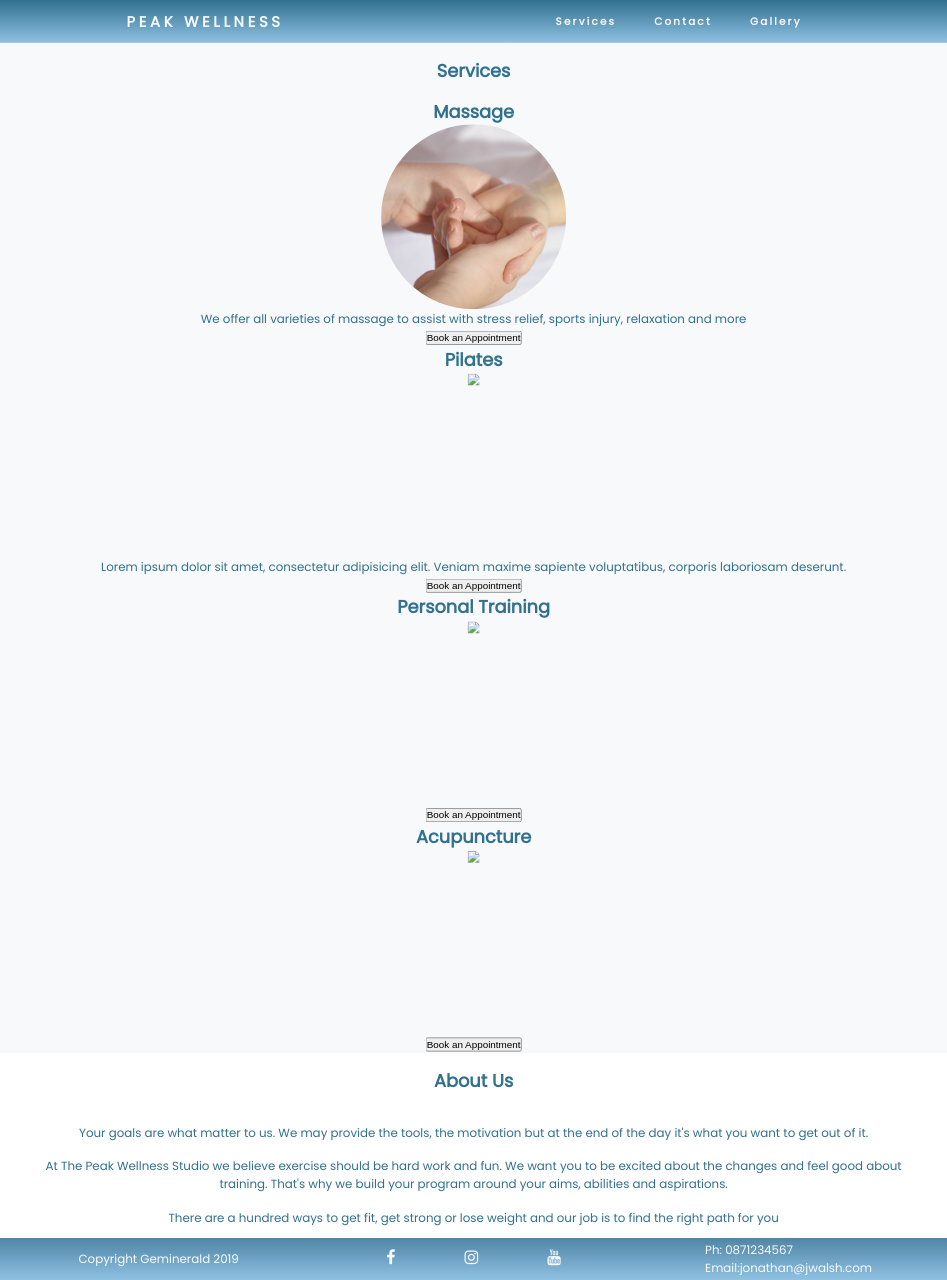
Repository: geminerald/peakwellness
Page: services.html
The author's editor kept a record of every edit. The page is drawn from the files as they stood at one moment, then again after the next edit.
The browser window is 1280 px wide. The pictures show the whole page, at 74% of full size.

Above is the page before.

### services.html
<!DOCTYPE html>
<html lang="en">

<head>
    <meta charset="UTF-8">
    <meta name="viewport" content="width=device-width, initial-scale=1.0, maximum-scale=1.0, user-scalable=0">
    <meta http-equiv="X-UA-Compatible" content="ie=edge">
    <link rel="stylesheet" href="assets/style.css" type="text/css" />
    <link href="https://fonts.googleapis.com/css?family=Poppins&display=swap" rel="stylesheet">
    <title>Peak Wellness</title>
    <link rel="icon" href="./images/peak-icon.png">
    <link rel="stylesheet" href="https://stackpath.bootstrapcdn.com/font-awesome/4.7.0/css/font-awesome.min.css" type="text/css" />

</head>

<body>
    <nav>
        <div class="logo">
            <h4><a href="index.html">Peak Wellness</h4></a>
        </div>
        <ul class="nav-links">
            <li>
                <a href="services.html">Services</a>
            </li>
            <li>
                <a href="contact.html">Contact</a>
            </li>
            <li>
                <a href="gallery.html">Gallery</a>
            </li>

        </ul>
        <div class="burger">
            <div class="line1"></div>
            <div class="line2"></div>
            <div class="line3"></div>
        </div>
    </nav>
    <section>
        <div class="service-container">
            <div class="services">
                <h1>Services</h1>
                <div class="service">
                    <figure class="front">
                        <h2>Massage</h2>
                        <div class="image-cropper"><img src="./images/massage.jpg"></div>
                    </figure>
                    <figure class="back">
                        <p>We offer all varieties of massage to assist with stress relief, sports injury, relaxation and more</p>
                        <button href="contact.html">Book an Appointment</button>
                    </figure>
                </div>
                <div class="service">
                    <figure class="front">
                        <h2>Pilates</h2>
                        <div class="image-cropper"><img src="#"></div>
                    </figure>
                    <figure class="back">
                        <p>Lorem ipsum dolor sit amet, consectetur adipisicing elit. Veniam maxime sapiente voluptatibus, corporis laboriosam deserunt.</p> <button href="contact.html">Book an Appointment</button></figure>
                </div>
                <div class="service">
                    <figure class="front">
                        <h2>Personal Training</h2>
                        <div class="image-cropper"><img src="#"></div>
                    </figure>
                    <figure class="back">
                        <p></p> <button href="contact.html">Book an Appointment</button></figure>
                </div>
                <div class="service">
                    <figure class="front">
                        <h2>Acupuncture</h2>
                        <div class="image-cropper"><img src="#"></div>
                    </figure>
                    <figure class="back">
                        <p></p> <button href="contact.html">Book an Appointment</button></figure>
                </div>
            </div>
            <div class="about">
                <h1>About Us</h1>
                <p>
                    Your goals are what matter to us. We may provide the tools, the motivation but at the end of the day it's what you want to get out of it.
                </p>
                <p>
                    At The Peak Wellness Studio we believe exercise should be hard work and fun. We want you to be excited about the changes and feel good about training. That's why we build your program around your aims, abilities and aspirations.
                </p>
                <p>
                    There are a hundred ways to get fit, get strong or lose weight and our job is to find the right path for you
                </p>
            </div>

        </div>
    </section>
    <footer>
        <div class="f-item">
            <a class="show-mobile" target="_blank" href="https://github.com/geminerald"><i class="fa fa-copyright"></i> </a>
            <p class="hidden-mobile">Copyright <a target="_blank" href="https://github.com/geminerald"> Geminerald </a> 2019</p>
        </div>
        <div class="f-item">
            <ul class="social-links">
                <li><a target="_blank" href="https://www.facebook.com/PeakWellnessstudio/"><i class="fa fa-facebook"></i></a></li>
                <li><a target="_blank" href="https://www.instagram.com/thepeakwellnessstudio/"><i class="fa fa-instagram"></i></a></li>
                <li><a target="_blank" href="https://www.youtube.com/channel/UC_d9R5XdeesvneUyRDroG0w?"><i class="fa fa-youtube"></i></a></li>
            </ul>
        </div>
        <div class="f-item">
            <a class="show-mobile" href="contact.html"><i class="fa fa-phone"></i></a>
            <p class="hidden-mobile">Ph: 0871234567<br>Email:jonathan@jwalsh.com</p>
        </div>
    </footer>
    <script src="./assets/nav.js"></script>
</body>

</html>

### assets/style.css
* {
    margin: 0;
    padding: 0;
    box-sizing: border-box;
}

body {
    font-family: 'Poppins', sans-serif;
    color: #f7f9fb;
}

a {
    text-decoration: none;
    color: #f7f9fb;
}

/*----------------------------------------------------------------Colours

Grey/Green: #687864
Dark Blue: #31708e
Medium Blue: #5085a5
Light Blue: #8fc1e3
White: #f7f9fb

Colours from: https://visme.co/blog/website-color-schemes/

*/

/*----------------------------------------------------------------Nav*/

/*Nav Elements: Dev Ed:

https://www.youtube.com/watch?v=gXkqy0b4M5g

*/

nav {
    display: flex;
    justify-content: space-around;
    align-items: center;
    min-height: 8vh;
    background: linear-gradient(180deg, #31708E 0%, #8FC1E3 100%);

}

.logo {
    color: #fafafa;
    text-transform: uppercase;
    letter-spacing: 5px;
    font-size: 20px;

}

.nav-links {
    display: flex;
    width: 30%;
    justify-content: space-around;

}

.nav-links li {
    list-style: none;
}

.nav-links a {
    color: #fafafa;
    text-decoration: none;
    letter-spacing: 3px;
    font-weight: bold;
    font-size: 14px;

}

.burger {
    display: none;
    cursor: pointer;
}

.burger div {
    width: 25px;
    height: 3px;
    background-color: #fafafa;
    margin: 5px;
    transition: all 0.3s ease;

}

@media screen and (max-width:1068px) {
    .nav-links {
        width: 50%;
    }
}

@media screen and (max-width:768px) {
    body {
        overflow-x: hidden;
    }

    .nav-links {
        position: absolute;
        ;
        right: 0px;
        height: 92vh;
        top: 8vh;
        background: linear-gradient(270deg, #31708E 0%, #8FC1E3 100%);
        display: flex;
        flex-direction: column;
        align-items: center;
        width: 70%;
        transform: translateX(100%);
        transition: transform 0.5s ease-in;
        z-index:1;
    }
    .nav-links li {
        opacity: 0;
    }
    .burger {
        display: block;
    }
}

.nav-active {
    transform: translateX(0%);
}

@keyframes navLinkFade {
    from {
        opacity: 0;
        transform: translateX(50px);
    }
    to {
        opacity: 1;
        transform: translateX(0px);
    }
}

.toggle .line1 {
    transform: rotate(-45deg) translate(-5px, 6px);
}

.toggle .line2 {
    opacity: 0;
}

.toggle .line3 {
    transform: rotate(45deg) translate(-5px, -6px);
}

/*----------------------------------------------------------------Nav*/

/*----------------------------------------------------------------Home*/

.home-container {
    background-image: url("../images/home-bg.jpg");
    background-repeat: no-repeat;
    background-position: center;
    background-size: cover;
    z-index:0;
    margin: auto;
    height: 90vh;
    width: 100%;
    display: flex;
    justify-content: space-around;
    align-items: center;
    flex-flow: column;
}

.appear1 {
    animation: appear 1s ease-in;
}

.appear2 {
    opacity: 0;
    animation: appear 4s ease-in;
    animation-delay: 2s;
    animation-fill-mode: forwards;
}

/*----------------------------------------------------------------Home*/

/*----------------------------------------------------------------Services*/

.about {
    display: flex;
    flex-flow: column wrap;
    align-items: center;
    color: #31708e;
}

.about h1,
.services h1 {
    margin: 20px;
}

.about p {
    margin: 20px 30px 0px 30px;
    text-align: center;
}

.services {
    display: flex;
    flex-flow: column wrap;
    align-items: center;
    color: #31708e;
    background-color:#f7f9fb;
}
.service-container{
    margin-bottom:15px;
}

.service{
    display:flex;
    align-items:center;
    justify-content:center;
    flex-flow:column wrap;
}

figure{
    text-align: center;
}

.image-cropper {
    width: 250px;
    height: 250px;
    position: relative;
    overflow: hidden;
    border-radius: 50%;
}

.image-cropper img {
    display: inline;
    margin: 0 auto;
    height: 100%;
    width: auto;
}

/*----------------------------------------------------------------Services*/

/*----------------------------------------------------------------Footer*/

footer {
    height: 8vh;
    width: 100%;
    background: linear-gradient(180deg, #5085A5 0%, #8FC1E3 100%);
    display: flex;
    flex-direction: row;
    justify-content: space-evenly;
}

.f-item {
    display: flex;
    align-items: center;
    justify-content: space-evenly;
    flex-direction: row;
    width: 33%;
}

.social-links {
    display: flex;
    justify-content: space-evenly;
    list-style: none;
    width: 100%;
}

.social-links li a i,
.f-item a i {
    font-size: 3vh;
}


.hidden-mobile {
    display: block;
}

.show-mobile {
    display: none;
}

@media screen and (max-width:768px) {
    .hidden-mobile {
        display: none;
    }
    .show-mobile {
        display: block;
    }
}

/*----------------------------------------------------------------Footer*/

/*----------------------------------------------------------------KeyFrames*/

@keyframes appear {
    from {
        opacity: 0
    }
    to {
        opacity: 1
    }

}

/*----------------------------------------------------------------KeyFrames*/

### assets/nav.js
const navSlide = () => {
    const burger = document.querySelector('.burger');
    const nav = document.querySelector('.nav-links');
    const navLinks = document.querySelectorAll('.nav-links li');

    burger.addEventListener('click', () => {
        nav.classList.toggle('nav-active');
        navLinks.forEach((link, index) => {
            if (link.style.animation) {
                link.style.animation = '';
            } else {
                link.style.animation = `navLinkFade 0.5s ease forwards ${index/7 + 1}s`;
            }
        });
        burger.classList.toggle('toggle');
    });
}

navSlide();

After the next edit:
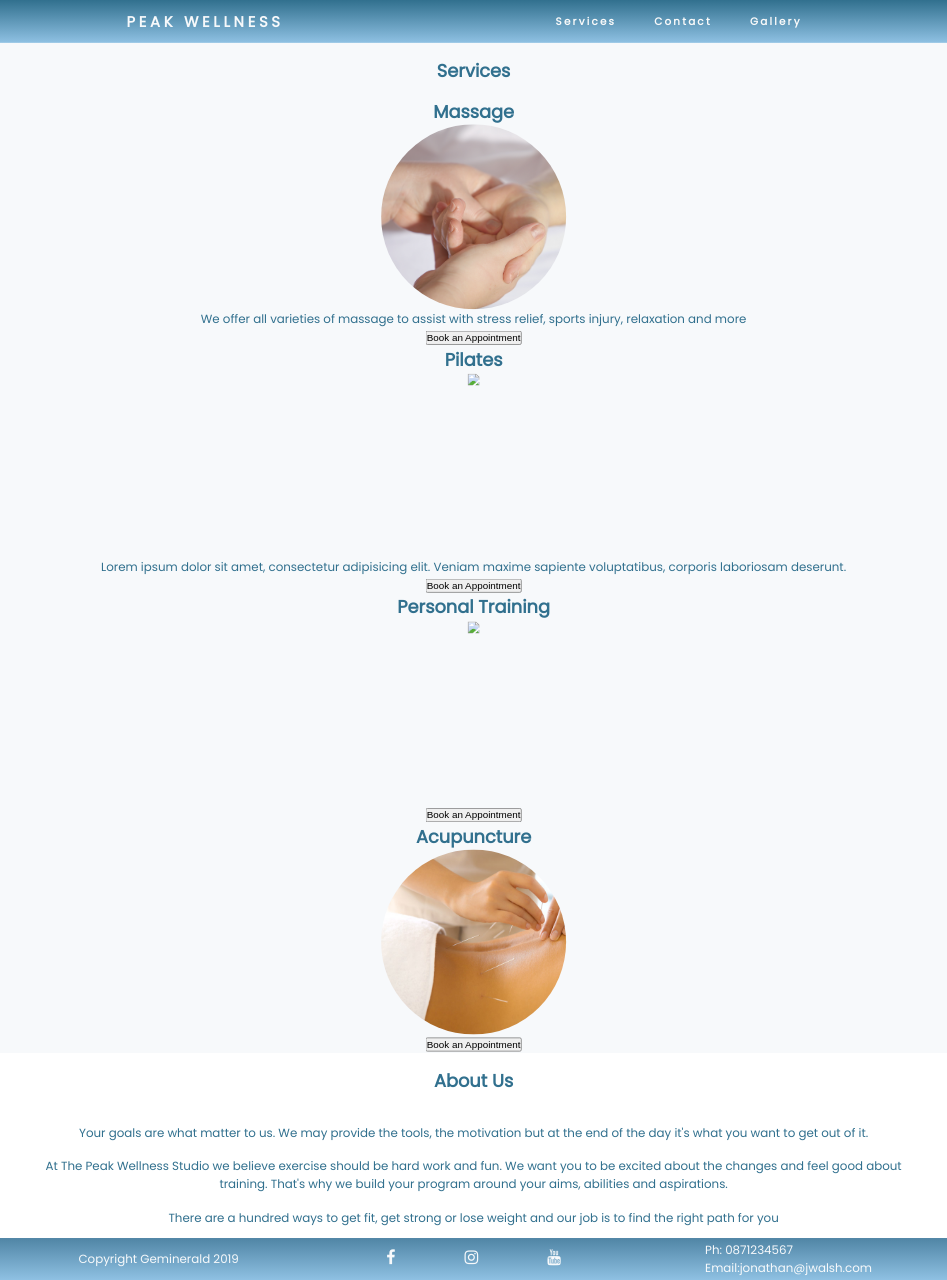
The edit:
--- a/services.html
+++ b/services.html
@@ -69,7 +69,7 @@
                 <div class="service">
                     <figure class="front">
                         <h2>Acupuncture</h2>
-                        <div class="image-cropper"><img src="#"></div>
+                        <div class="image-cropper"><img src="./images/acupuncture.jpg"></div>
                     </figure>
                     <figure class="back">
                         <p></p> <button href="contact.html">Book an Appointment</button></figure>
